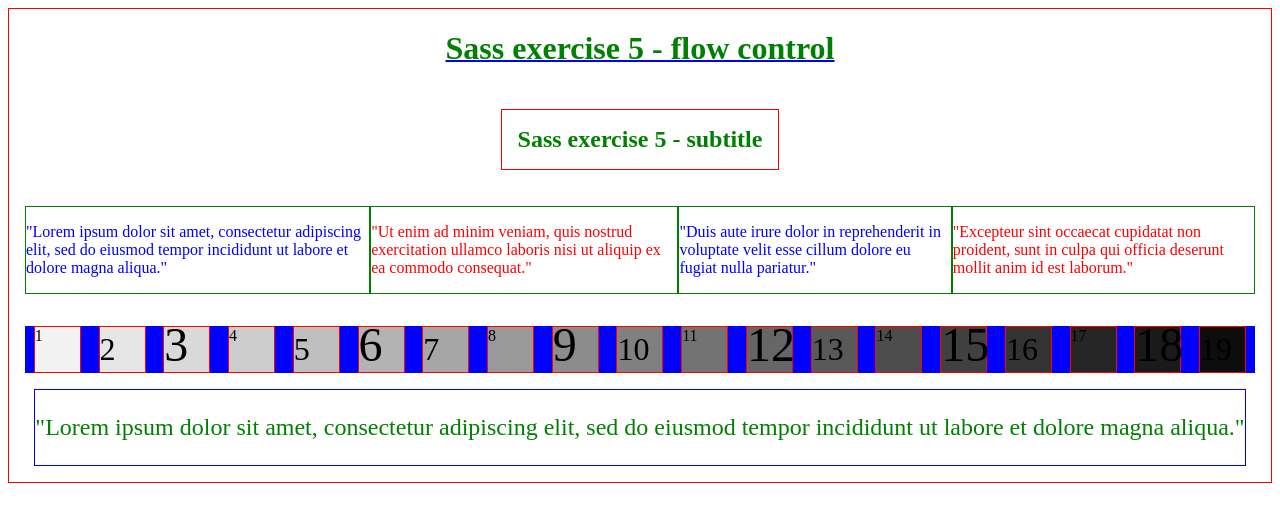
Repository: tr2cky/sass5
Page: index.html
An editor plug-in stored every save of this project. The page is shown before and after a run of saves, followed by the edit.
The browser window is 1280 px wide. The pictures show the whole page.
The style sheet was rebuilt from its Sass, Less or Tailwind sources for each picture, by a compiler version that may differ from the author's.

Above is the page before, as saved 2022-10-16 13:28:52.

### index.html
<!DOCTYPE html>
<html>
    <head>
        <title>Sass exercise 5 - flow control</title>
        <link rel="stylesheet" href="./style.css">
    </head>
    <body>
        <div class="exercise">
            <h1>Sass exercise 5 - flow control</h1>
            <h2>Sass exercise 5 - subtitle</h2>
            <section>
                <article>
                    <p>"Lorem ipsum dolor sit amet, consectetur adipiscing elit, sed do eiusmod tempor incididunt ut labore et dolore magna aliqua."</p>
                </article>
                <article>
                    <p>"Ut enim ad minim veniam, quis nostrud exercitation ullamco laboris nisi ut aliquip ex ea commodo consequat."</p>
                </article>
                <article>
                    <p>"Duis aute irure dolor in reprehenderit in voluptate velit esse cillum dolore eu fugiat nulla pariatur."</p>
                </article>
                <article>
                    <p>"Excepteur sint occaecat cupidatat non proident, sunt in culpa qui officia deserunt mollit anim id est laborum."</p>
                </article>
            </section>
            <section class="numbers">
                <div class="fs-1rem">1</div>
                <div class="fs-2rem">2</div>
                <div class="fs-3rem">3</div>
                <div class="fs-1rem">4</div>
                <div class="fs-2rem">5</div>
                <div class="fs-3rem">6</div>
                <div class="fs-2rem">7</div>
                <div class="fs-1rem">8</div>
                <div class="fs-3rem">9</div>
                <div class="fs-2rem">10</div>
                <div class="fs-1rem">11</div>
                <div class="fs-3rem">12</div>
                <div class="fs-2rem">13</div>
                <div class="fs-1rem">14</div>
                <div class="fs-3rem">15</div>
                <div class="fs-2rem">16</div>
                <div class="fs-1rem">17</div>
                <div class="fs-3rem">18</div>
                <div class="fs-2rem">19</div>
            </section>
            <section>
                <article>
                    <p>"Lorem ipsum dolor sit amet, consectetur adipiscing elit, sed do eiusmod tempor incididunt ut labore et dolore magna aliqua."</p>
                </article>
            </section>
        </div>
    </body>
</html>

### style.scss
@use "module1.scss";
@use "module2.scss";
@import "module3.scss";
$color-primary: module1.$color-primary;
$color-secondary: module1.$color-secondary;
$color-tertiary: module1.$color-tertiary;
$sizes: 1rem, 2rem, 3rem;
$base-color: white;

.numbers {
    grid-area: 4 / 1 / 5 / 5;
    display: flex;
    justify-content: space-around;

    & div {
        border: toRem(1) solid $color-primary;
        width: toRem(45);
        height: toRem(45);
    }

    @each $size in $sizes {
        @if $size ==1rem {
            .fs-1rem {
                font-size: $size;
            }
        }

        @else if $size ==2rem {
            .fs-2rem {
                font-size: $size;
            }
        }

        @else {
            .fs-3rem {
                font-size: $size;
            }
        }
    }


    & .fs-2rem {
        display: flex;
        align-items: center;
    }

    & .fs-3rem {
        display: flex;
        align-items: flex-end;
    }
    @for $var from 1 to 20 {
        div:nth-child(#{$var}) {
            background-color: darken($base-color, $var * 5%);
        }
        @if $var == 10 {
            background-color: $color-secondary;
        }
    }
}

### module1.scss
$color-primary: red;
$color-secondary: blue;
$color-tertiary: green;

@import "module3.scss";
.exercise {
    display: grid;
    grid-template-columns: repeat(4, 1fr);
    border: toRem(1) solid $color-primary;
    h1 {
        color: $color-tertiary;
        grid-column: 1/ span 4;
        justify-self: center;
        text-decoration: underline $color-secondary toRem(2);
    }
    h2 {
        @extend h1;
        padding: toRem(16);
        border: toRem(1) solid red;
        text-decoration: none;
    }
    section {
        grid-column: 1 / 5;
        display: flex;
        margin: toRem(16);
    }
}

### module3.scss

@function toRem($value) {
    $remValue: ($value / 16) + rem;
    @return $remValue;
}

### module2.scss
@use "module1.scss";
@import "module3.scss";
$color-primary: module1.$color-primary;
$color-secondary: module1.$color-secondary;
$color-tertiary: module1.$color-tertiary;
@mixin article-card ($color, $border-color: $color-tertiary, $font-size: toRem(16)) {
    color: $color;
    border: toRem(1) solid;
    border-color: $border-color;
    font-size: $font-size;
}
section:nth-of-type(1) {
    article:nth-of-type(odd){
    @include article-card($color-secondary);
    }
    article:nth-of-type(even){
    @include article-card($color-primary);
}
}
section:nth-of-type(3) {
    article {
        @include article-card($color-tertiary, $color-secondary, toRem(24));
    }
    margin-top: toRem(0);
    place-self: center;
}

After the next 13 saves:
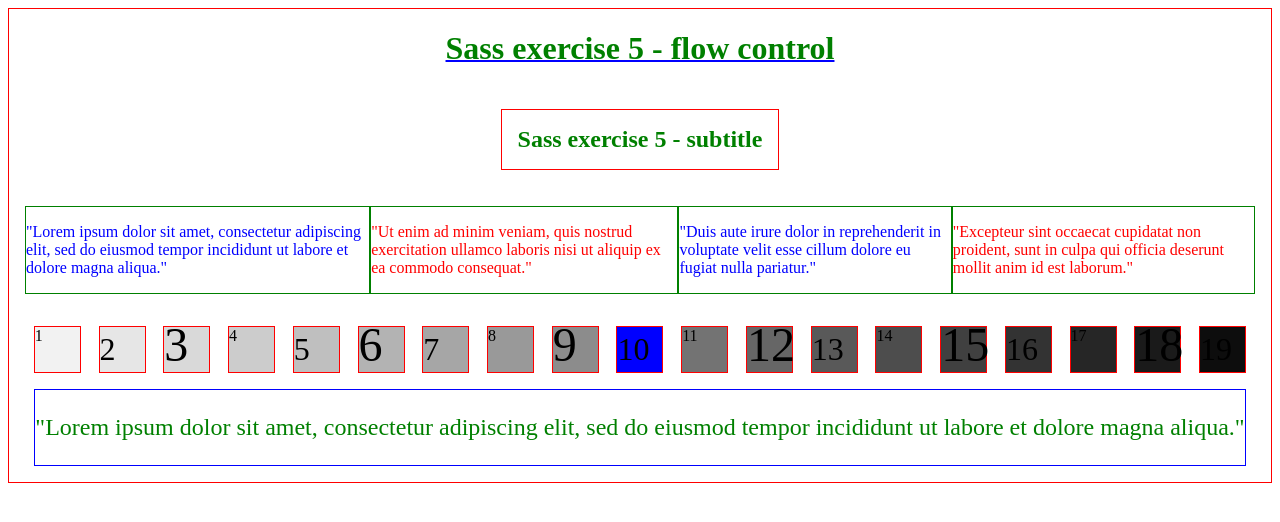
The 13 saves are shown as one change because 2 did not build or start and some came seconds apart.
The last was saved 36 s later.
--- a/style.scss
+++ b/style.scss
@@ -48,12 +48,16 @@ $base-color: white;
         display: flex;
         align-items: flex-end;
     }
+
     @for $var from 1 to 20 {
         div:nth-child(#{$var}) {
             background-color: darken($base-color, $var * 5%);
         }
-        @if $var == 10 {
-            background-color: $color-secondary;
+
+        @if $var ==10 {
+            div:nth-child(10) {
+                background-color: $color-secondary;
+            }
         }
     }
 }
